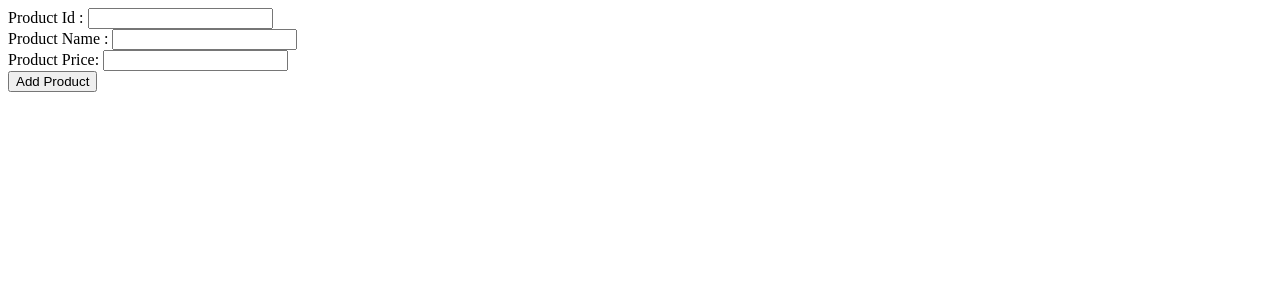
Repository: Vaidikk/RestfullWebServTest
Page: TribagoHotels/WebContent/addProduct.html
An editor plug-in stored every save of this project. The page is shown before and after the next save, followed by the edit.
The browser window is 1280 px wide. The pictures show the whole page.

Above is the page before, as saved 2019-07-25 06:15:18.

After the next save:
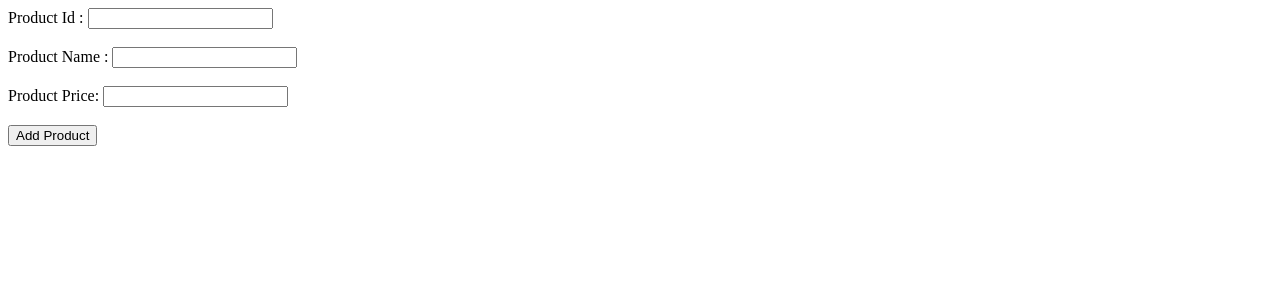
Saved 24 s later.
--- a/TribagoHotels/WebContent/addProduct.html
+++ b/TribagoHotels/WebContent/addProduct.html
@@ -7,9 +7,9 @@
 <body>
 	<form action="riprest/productAdd/add">
 		Product Id   : <input type="number" name="id">
-		<br>Product Name : <input type="text" name="name">
-		<br>Product Price: <input type="number" name="price">
-		<br><input type="submit" value="Add Product">
+		<br><br>Product Name : <input type="text" name="name">
+		<br><br>Product Price: <input type="number" name="price">
+		<br><br><input type="submit" value="Add Product">
 	</form>
 </body>
 </html>
